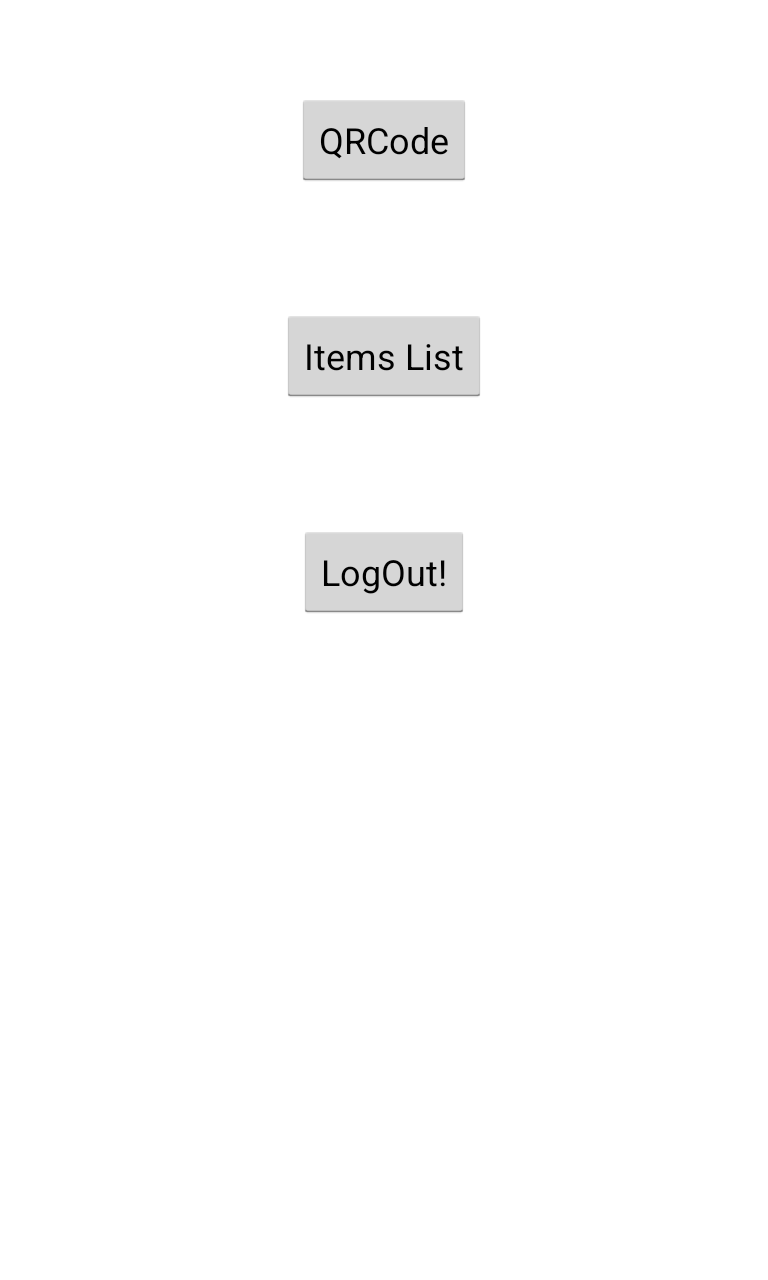
Repository: raphaelferras/eshelf
Layout: eshelfApp/E-shelf/res/layout/activity_menu.xml
These files come from the project's save history. The layout is drawn as it stood at one moment and after the next save; the edit follows.
It is drawn on a 768 x 1280 px phone screen (xhdpi) without system bars, with theme AppTheme; the app's code is not run.

Above is the layout before, as saved 2013-03-23 21:01:15.

After the next save:
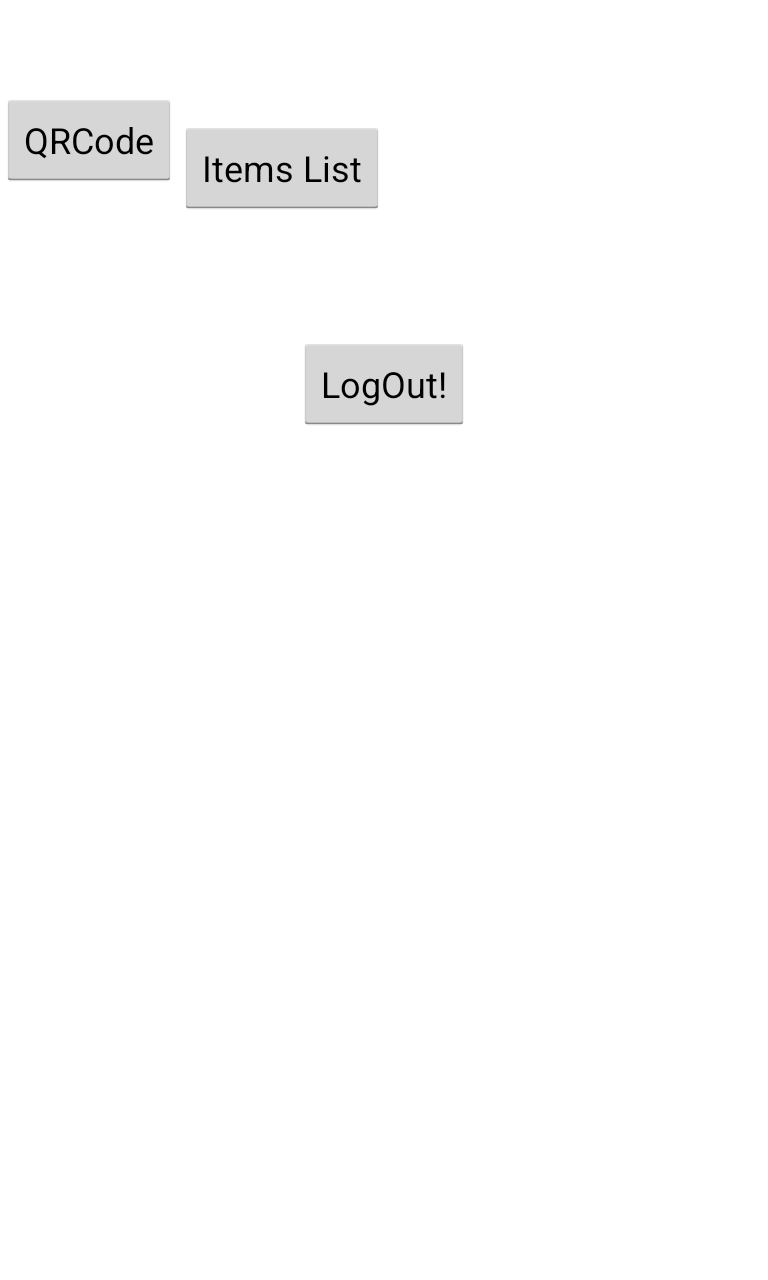
Saved 71 s later.
--- a/eshelfApp/E-shelf/res/layout/activity_menu.xml
+++ b/eshelfApp/E-shelf/res/layout/activity_menu.xml
@@ -7,8 +7,7 @@
         android:id="@+id/qrcode"
         android:layout_width="wrap_content"
         android:layout_height="wrap_content"
-        android:layout_alignParentTop="true"
-        android:layout_centerHorizontal="true"
+        android:layout_alignParentBotton="true"
         android:layout_marginTop="46dp"
         android:text="QRCode" />
 
@@ -16,8 +15,8 @@
         android:id="@+id/items_list"
         android:layout_width="wrap_content"
         android:layout_height="wrap_content"
-        android:layout_below="@+id/qrcode"
-        android:layout_centerHorizontal="true"
+        android:layout_toRightOf="@+id/qrcode"
+        android:layout_alignParentBotton="true"
         android:layout_marginTop="60dp"
         android:text="Items List" />
 
